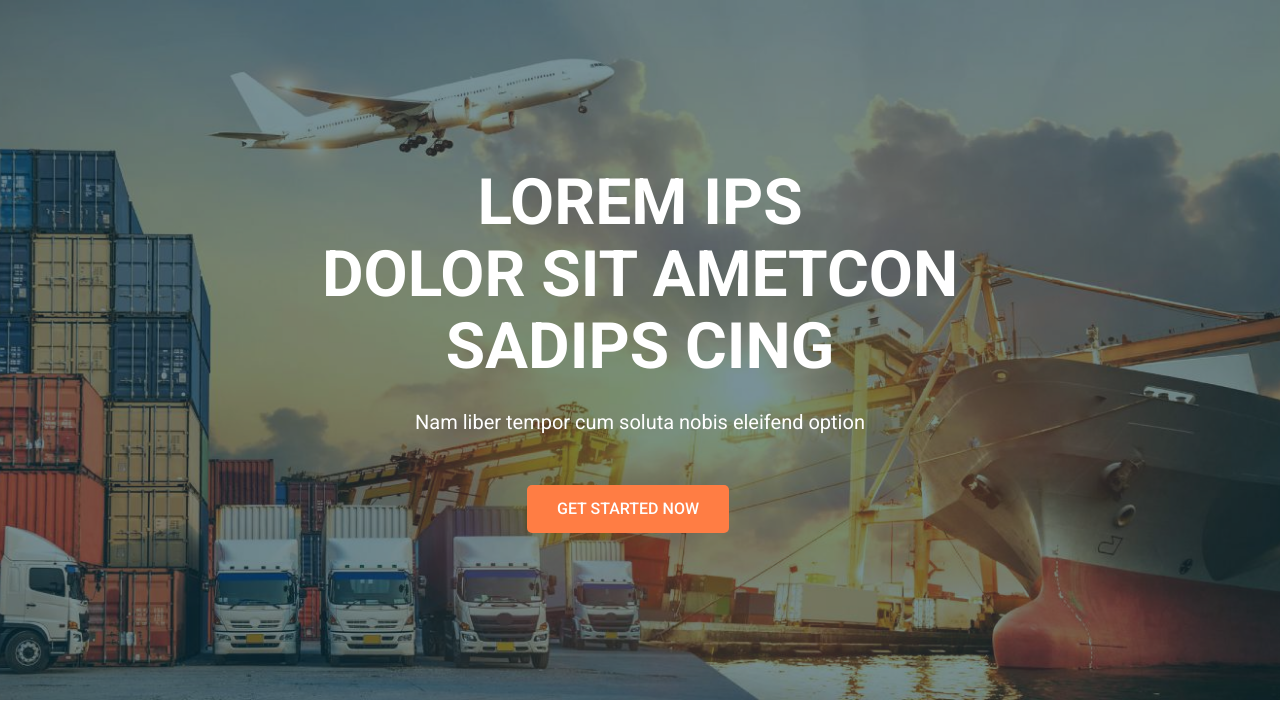
Repository: nazmulalok/shipping-template
Page: index.html
The author's editor kept a copy of each file at every save. The page is drawn from the files as they stood at one save, then again after the next save.
The browser window is 1280 px wide. The pictures show the whole page.

Above is the page before, as saved 2022-10-03 01:43:21.

After the next save:
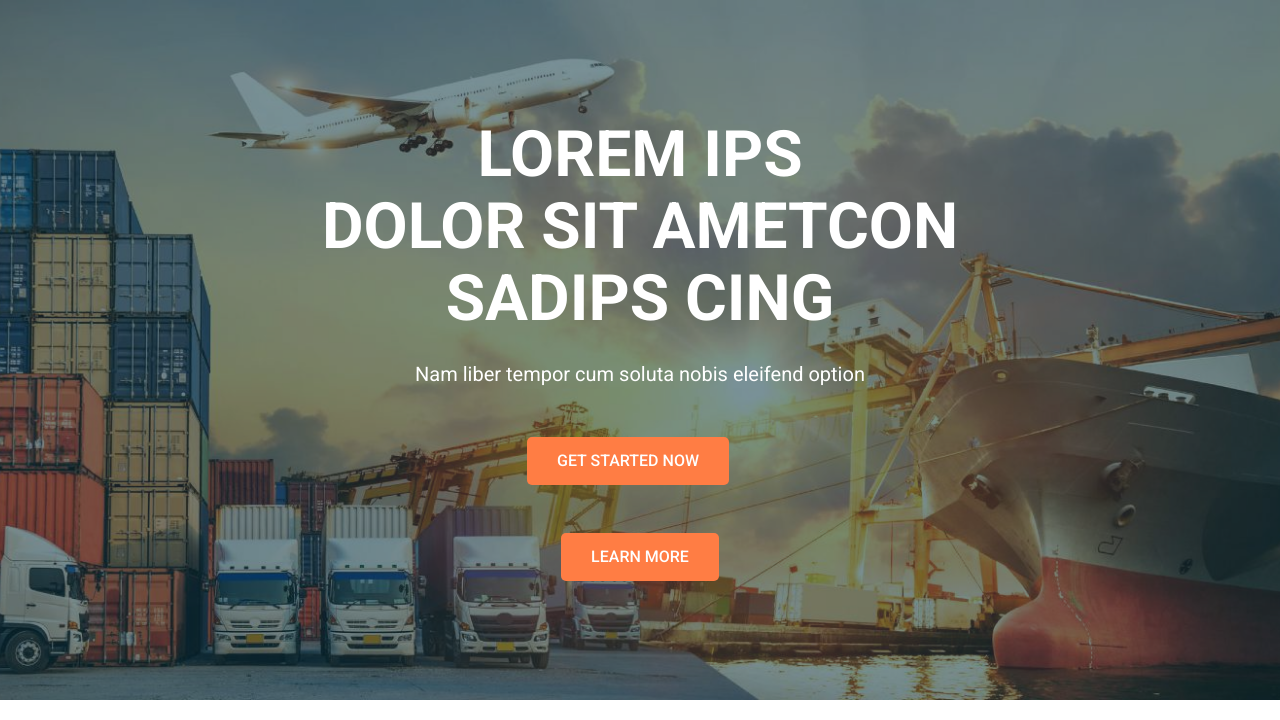
Saved 43 s later.
--- a/index.html
+++ b/index.html
@@ -28,6 +28,7 @@
                                 sadips cing</div>
                             <p>Nam liber tempor cum soluta nobis eleifend option</p>
                             <div class="sliderBtn mt-5"><a class="common-btn me-4" href="#">Get Started Now</a></div>
+                            <div class="sliderBtn mt-5"><a class="common-btn" href="#">Learn More</a></div>
                         </div>
                     </div>
                 </div>
